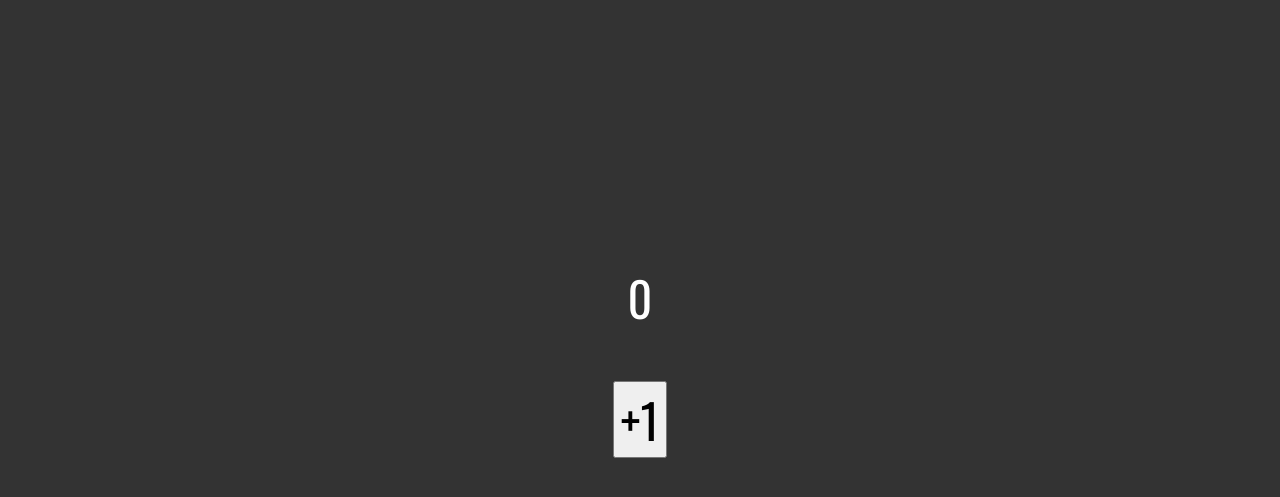
Repository: WillianPer/VUE
Page: exercicios/eventos.html
The author's editor kept a copy of each file at every save. The page is drawn from the files as they stood at one save, then again after the next save.
The browser window is 1280 px wide. The pictures show the whole page.

Above is the page before, as saved 2022-08-13 21:29:06.

### exercicios/eventos.html
<!DOCTYPE html>
<html>
<head>
    <meta charset="UTF-8">
    <title>Eventos</title>
    <link rel="stylesheet" href="/css/estilo.css">
    <script src="/js/vue.min.js"></script>
</head>
<body class="exercicio">

    <div id="app">
        <p>{{ contador }}</p>
        <p>
            <button v-on:click="add">+1</button>
        </p>
    </div>

    <script>
        new Vue({
            el: "#app",
            data: {
                contador: 0
            },
            methods: {
                add() {
                    this.contador++
                }
            }
        })
    </script>
</body>
</html>

Loaded but not shown: exercicios/css/estilo.css (common file); exercicios/js/vue.min.js (library)

After the next save:
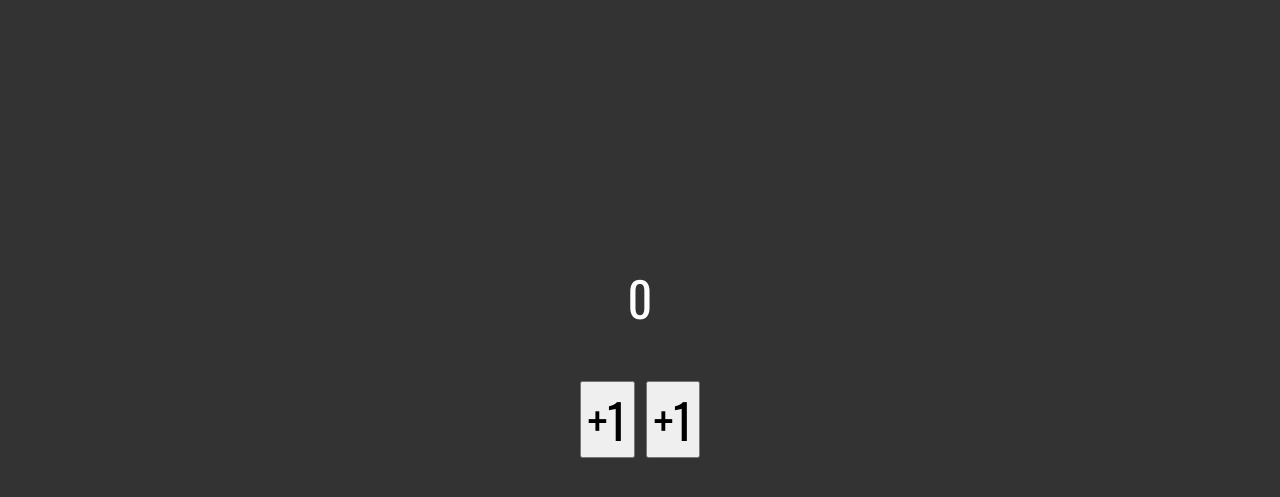
Saved 2 min 41 s later.
--- a/exercicios/eventos.html
+++ b/exercicios/eventos.html
@@ -12,6 +12,7 @@
         <p>{{ contador }}</p>
         <p>
             <button v-on:click="add">+1</button>
+            <button @click="contador -= 3">+1</button>
         </p>
     </div>
 
